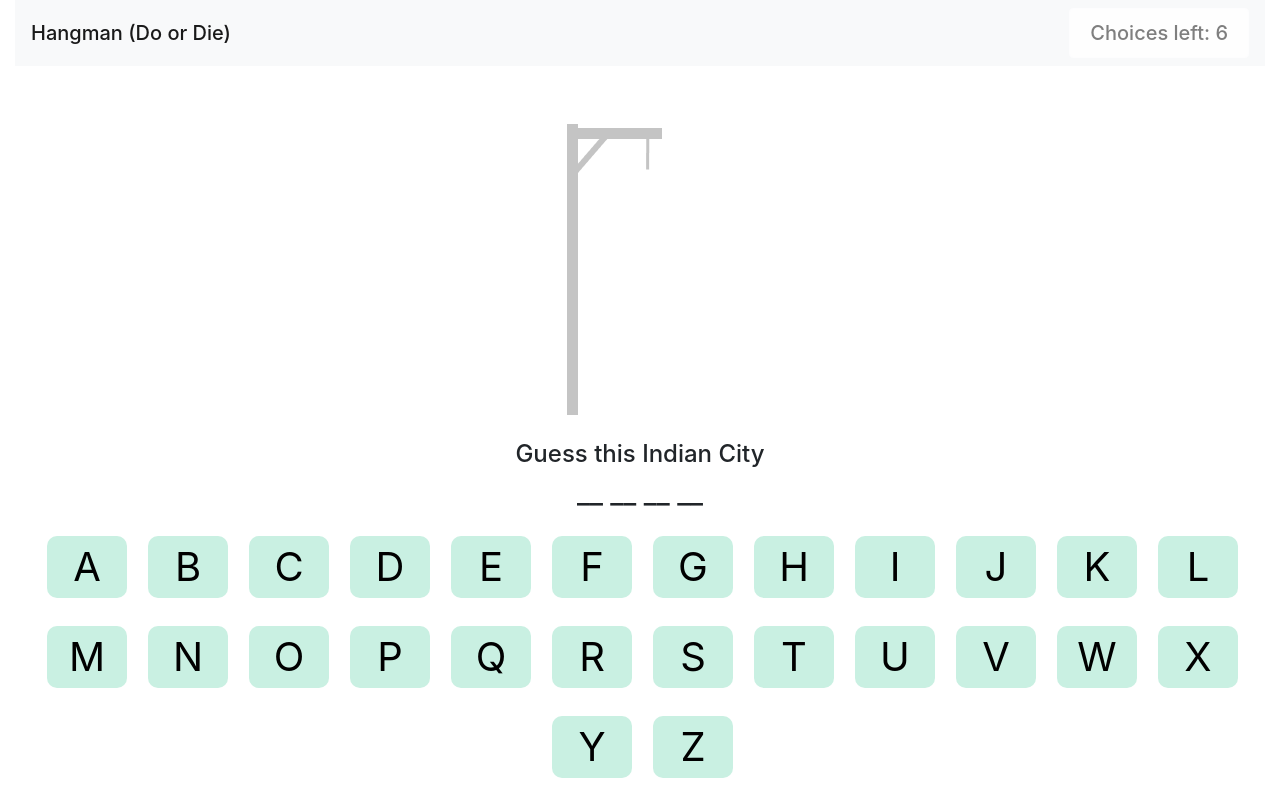
Repository: jatinhchanchlani/hangman
Page: /
The author's editor kept a copy of each file at every save. The page is drawn from the files as they stood at one save, then again after the next save.
The browser window is 1280 px wide. The pictures show the whole page.
The project was rebuilt for these pictures with package versions that can differ from the ones it lists, and the page was loaded fresh each time. Also part of the build but not shown: src/App.css, src/components/playAgain.jsx.

Above is the page before, as saved 2020-10-25 21:24:43.

### public/index.html
<!DOCTYPE html>
<html lang="en">

<head>
  <meta charset="utf-8" />
  <link rel="icon" href="%PUBLIC_URL%/favicon.ico" />
  <meta name="viewport" content="width=device-width, initial-scale=1" />
  <meta name="theme-color" content="#000000" />
  <meta name="description" content="Web site created using create-react-app" />
  <link rel="apple-touch-icon" href="%PUBLIC_URL%/logo192.png" />
  <!--
      manifest.json provides metadata used when your web app is installed on a
      user's mobile device or desktop. See https://developers.google.com/web/fundamentals/web-app-manifest/
    -->
  <link rel="manifest" href="%PUBLIC_URL%/manifest.json" />
  <!--
      Notice the use of %PUBLIC_URL% in the tags above.
      It will be replaced with the URL of the `public` folder during the build.
      Only files inside the `public` folder can be referenced from the HTML.

      Unlike "/favicon.ico" or "favicon.ico", "%PUBLIC_URL%/favicon.ico" will
      work correctly both with client-side routing and a non-root public URL.
      Learn how to configure a non-root public URL by running `npm run build`.
    -->
  <title>Hangman Game</title>
</head>

<body>
  <noscript>You need to enable JavaScript to run this app.</noscript>
  <div id="root"></div>
  <!--
      This HTML file is a template.
      If you open it directly in the browser, you will see an empty page.

      You can add webfonts, meta tags, or analytics to this file.
      The build step will place the bundled scripts into the <body> tag.

      To begin the development, run `npm start` or `yarn start`.
      To create a production bundle, use `npm run build` or `yarn build`.
    -->
</body>

</html>

### src/index.js
import React from 'react';
import ReactDOM from 'react-dom';
import './index.css';
import App from './App';
import * as serviceWorker from './serviceWorker';
import 'bootstrap/dist/css/bootstrap.css';

ReactDOM.render( <
  React.StrictMode >
  <
  App / >
  <
  /React.StrictMode>,
  document.getElementById('root')
);

// If you want your app to work offline and load faster, you can change
// unregister() to register() below. Note this comes with some pitfalls.
// Learn more about service workers: https://bit.ly/CRA-PWA
serviceWorker.unregister();

### src/App.js
import React from 'react';
import './App.css';
import Game from './components/game';

function App() {
  return ( <
    Game / >
  );
}

export default App;

### src/components/game.jsx
import React, { Component } from "react";
import Header from "./header";
import PlayAgain from "./playAgain";
import { getOutputCharacters } from "../model/cities";
import OutputCharacters from "./outputCharacters";
import Hangman from "./image";
import InputCharacters from "./inputCharacters";

const MAX_CHOICES = 6;

class Game extends Component {
  state = {
    maxChoices: MAX_CHOICES,
    choicesLeft: MAX_CHOICES,
    outputCharacters: getOutputCharacters(),
    inputCharacters: this.getAllLetters(),
  };

  render() {
    return (
      <div className="container-fluid">
        <Header choicesLeft={this.state.choicesLeft} />

        <div className="text-center">
          <Hangman
            choicesLeft={this.state.choicesLeft}
            maxChoices={this.state.maxChoices}
          />
        </div>

        <div className="text-center">
          <OutputCharacters
            characters={this.state.outputCharacters}
            gameLost={this.gameLost()}
          />
        </div>

        <div className="text-center">
          <InputCharacters
            characters={this.state.inputCharacters}
            onClick={(character) => this.handleInputCharacterClicked(character)}
            gameWon={this.gameWon()}
            gameLost={this.gameLost()}
          />

          <PlayAgain
            gameWon={this.gameWon()}
            gameLost={this.gameLost()}
            onClick={() => this.handleReset()}
          />
        </div>
      </div>
    );
  }

  handleInputCharacterClicked(character) {
    if (character.canClick) {
      const { outputCharacters, inputCharacters, choicesLeft } = this.state;
      outputCharacters
        .filter((c) => c.value.toUpperCase() === character.value)
        .map((c) => (c.guessed = true));

      const letterMatch = outputCharacters.some(
        (c) => c.value.toUpperCase() === character.value
      );

      const choices = letterMatch ? choicesLeft : choicesLeft - 1;

      const l = inputCharacters.indexOf(character);
      inputCharacters[l].canClick = false;
      this.setState({
        choicesLeft: choices,
        inputCharacters: inputCharacters,
        outputCharacters: outputCharacters,
      });
    }
  }

  gameWon() {
    return this.state.outputCharacters.every((c) => c.guessed === true);
  }

  gameLost() {
    return this.state.choicesLeft === 0;
  }

  handleReset() {
    this.setState({
      maxChoices: MAX_CHOICES,
      choicesLeft: MAX_CHOICES,
      outputCharacters: getOutputCharacters(),
      inputCharacters: this.getAllLetters(),
    });
  }

  getAllLetters() {
    return Array(26)
      .fill()
      .map((_, index) => String.fromCharCode("A".charCodeAt(0) + index))
      .map((char) => ({ value: char, canClick: true }));
  }
}

export default Game;

### src/components/header.jsx
import React, { Component } from "react";

class Header extends Component {
  render() {
    return (
      <nav className="navbar navbar-light bg-light d-flex flex-column flex-sm-row">
        <span className="navbar-brand mb-0 h1">Hangman (Do or Die)</span>
        <span className="alert alert-light mb-0 h5 navbar-text nav-item">
          Choices left: {this.props.choicesLeft}
        </span>
      </nav>
    );
  }
}

export default Header;

### src/model/cities.js
const MIN = 0;
const MAX = 24;

const cities = {
    0: "Mumbai",
    1: "New Delhi",
    2: "Chennai",
    3: "Hyderabad",
    4: "Bengaluru",
    5: "Ahmedabad",
    6: "Jaipur",
    7: "Kolkata",
    8: "Lucknow",
    9: "Bhopal",
    10: "Chandigarh",
    11: "Patna",
    12: "Jabalpur",
    13: "Pune",
    14: "Surat",
    15: "Indore",
    16: "Kanpur",
    17: "Visakhapatnam",
    18: "Agra",
    19: "Varanasi",
    20: "Amritsar",
    21: "Udaipur",
    22: "Noida",
    23: "Ludhiana",
    24: "Gwalior",
}

// Returns a random number between min and max. Min and max are both inclusive
export function getRandomIntInclusive(min, max) {
    min = Math.ceil(min);
    max = Math.floor(max);
    return Math.floor(Math.random() * (max - min + 1) + min);
}

export function getOutputCharacters() {
    const city = cities[getRandomIntInclusive(MIN, MAX)];
    return [...city].map(c => ({
        value: c,
        guessed: false
    }));
}

### src/components/outputCharacters.jsx
import React, { Component } from "react";

class OutputCharacters extends Component {
  render() {
    const { characters, gameLost } = this.props;
    return (
      <React.Fragment>
        <br />
        <h4>Guess this Indian City</h4>
        <h3>{characters.map((c) => this.getCharacter(c, gameLost))}</h3>
      </React.Fragment>
    );
  }

  getCharacter(character, gameLost) {
    const emptySpace = "        ";
    if (character.value === " ") {
      return emptySpace;
    } else {
      if (character.guessed || gameLost) {
        return character.value.toUpperCase() + emptySpace;
      } else {
        return "__" + emptySpace;
      }
    }
  }
}

export default OutputCharacters;

### src/components/image.jsx
import React, { Component } from "react";

class Image extends Component {
  render() {
    const { choicesLeft, maxChoices } = this.props;
    const imagePath = maxChoices - choicesLeft + ".jpg";
    return <img src={require("../images/" + imagePath)} alt={imagePath} />;
  }
}

export default Image;

### src/components/inputCharacters.jsx
import React, { Component } from "react";
import "../css/letters.css";

class InputCharacters extends Component {
  render() {
    const { characters, gameWon, gameLost } = this.props;
    if (gameWon || gameLost) {
      return null;
    } else {
      return characters.map((character) => (
        <button
          key={character.value}
          className="letter-button"
          style={{ backgroundColor: this.getBackground(character) }}
          onClick={() => this.props.onClick(character)}
        >
          {character.value}
        </button>
      ));
    }
  }

  getBackground(character) {
    if (character.canClick) {
      return "#c9f0e2";
    } else {
      return "Red";
    }
  }
}

export default InputCharacters;

### src/css/letters.css
.letter-button {
    border: none;
    font-family: inherit;
    font-size: 2.5rem;
    cursor: pointer;
    width: 5rem;
    margin: 18px 8px 10px 13px;
    letter-spacing: 0;
    outline: none !important;
    color: #000;
    border-radius: 10px;
}

.letter-button:hover {
    box-shadow: 0 12px 16px 0 rgba(0, 0, 0, 0.24), 0 17px 50px 0 rgba(0, 0, 0, 0.19);
}

Loaded but not shown: src/index.css (common file); src/serviceWorker.js (common file)

After the next save:
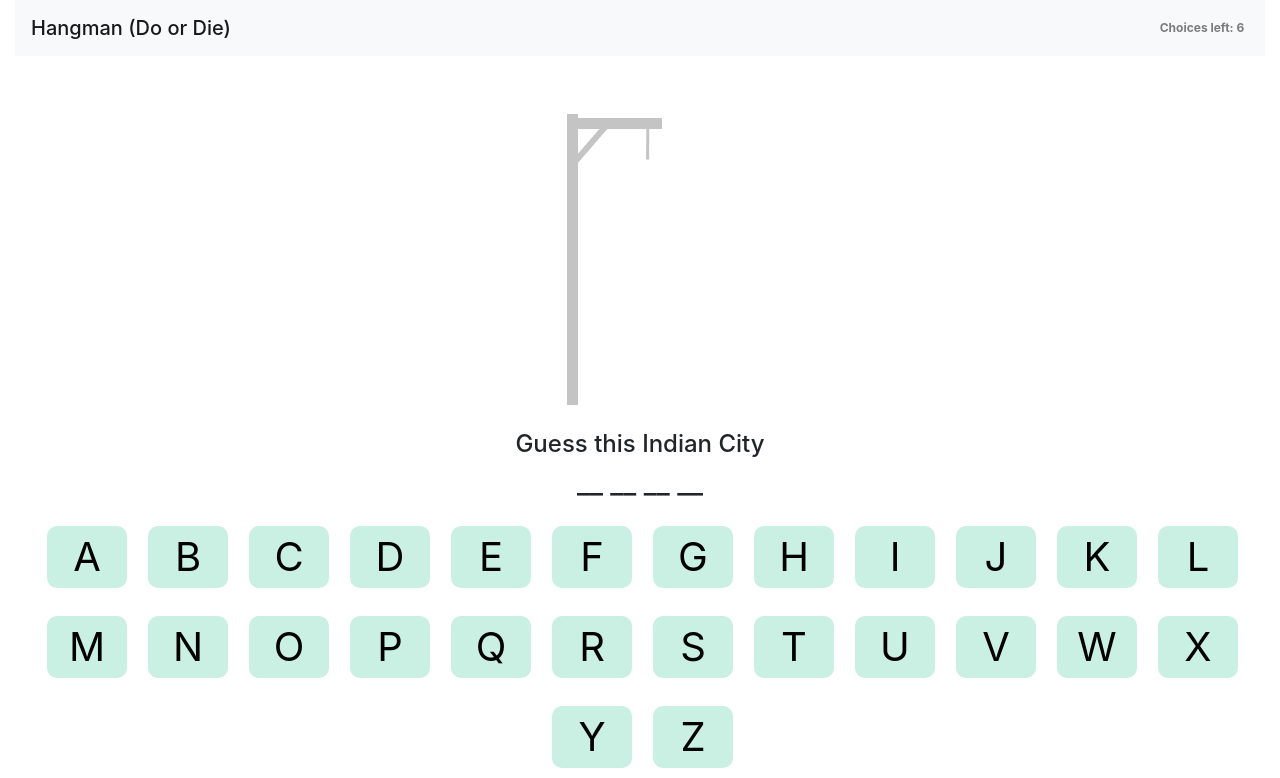
Saved 33 s later.
--- a/src/components/header.jsx
+++ b/src/components/header.jsx
@@ -5,7 +5,7 @@ class Header extends Component {
     return (
       <nav className="navbar navbar-light bg-light d-flex flex-column flex-sm-row">
         <span className="navbar-brand mb-0 h1">Hangman (Do or Die)</span>
-        <span className="alert alert-light mb-0 h5 navbar-text nav-item">
+        <span className="badge badge-light mb-0 h5 navbar-text nav-item">
           Choices left: {this.props.choicesLeft}
         </span>
       </nav>
